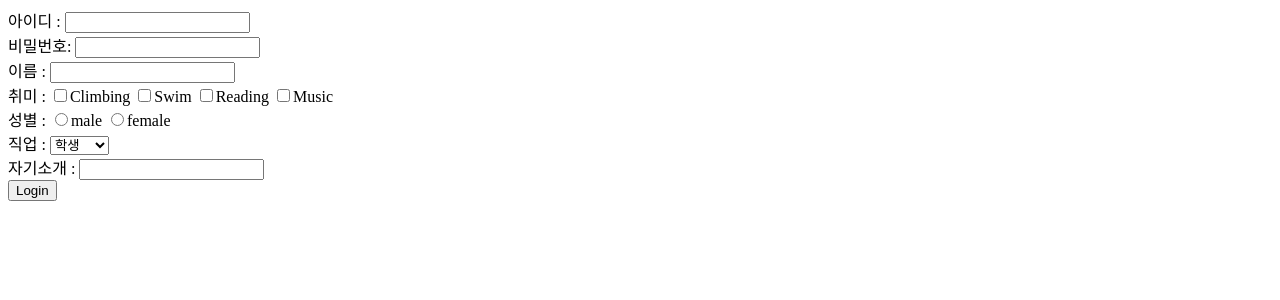
Repository: alsals126/servlet_study_2021
Page: http://localhost/ServletPrj/login_form.jsp
These files come from the project's save history. The page is drawn as it stood at one moment and after the next save; the edit follows.
The browser window is 1280 px wide. The pictures show the whole page.
The page is served by Tomcat 9. Other server files are loaded and not shown.

Above is the page before, as saved 2021-05-11 00:55:09.

### ServletPrj/WebContent/login_form.jsp
<%@ page language="java" contentType="text/html; charset=EUC-KR"
    pageEncoding="EUC-KR"%>
<!DOCTYPE html>
<html>
<head>
<meta charset="EUC-KR">
<title>Insert title here</title>
</head>
<body>
	<form method="post" action="login">
		아이디 : <input type="text" name="id"/><br>
		비밀번호: <input type="password" name="pw"/><br>
		이름 : <input type="text" name="name"/><br>
		취미 : <input type="checkbox" name="hobby" value="climbing">Climbing
		      <input type="checkbox" name="hobby" value="swim">Swim
		      <input type="checkbox" name="hobby" value="reading">Reading
		      <input type="checkbox" name="hobby" value="music">Music
		      <br>
		성별 : <input type="radio" name="gender" value="male">male
		      <input type="radio" name="gender" value="female">female
		      <br>
		직업 : <select name="job">
    			<option value="학생">학생</option>
    			<option value="공무원">공무원</option>
    			<option value="무직">무직</option>
			  </select><br>
		자기소개 : <input type="textarea" name="aboutMe"/><br>
		<button type="submit">Login</button>
	</form>
</body>
</html>

After the next save:
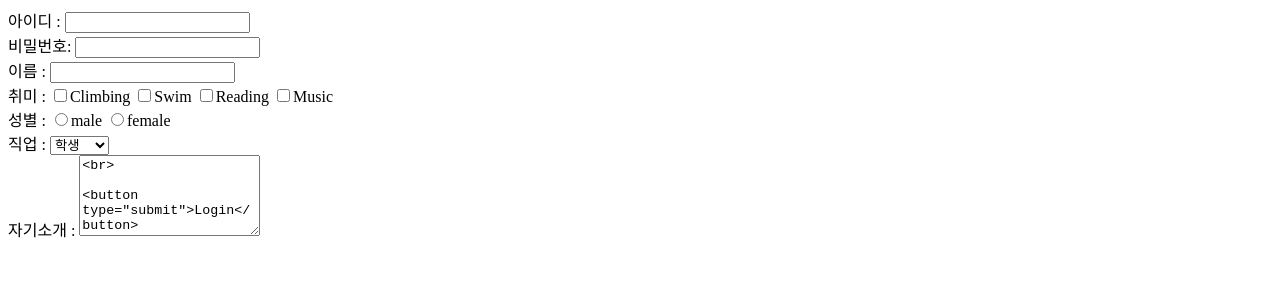
Saved 53 s later.
--- a/ServletPrj/WebContent/login_form.jsp
+++ b/ServletPrj/WebContent/login_form.jsp
@@ -24,7 +24,7 @@
     			<option value="공무원">공무원</option>
     			<option value="무직">무직</option>
 			  </select><br>
-		자기소개 : <input type="textarea" name="aboutMe"/><br>
+		자기소개 : <textarea rows="5" name="aboutMe"/><br>
 		<button type="submit">Login</button>
 	</form>
 </body>
